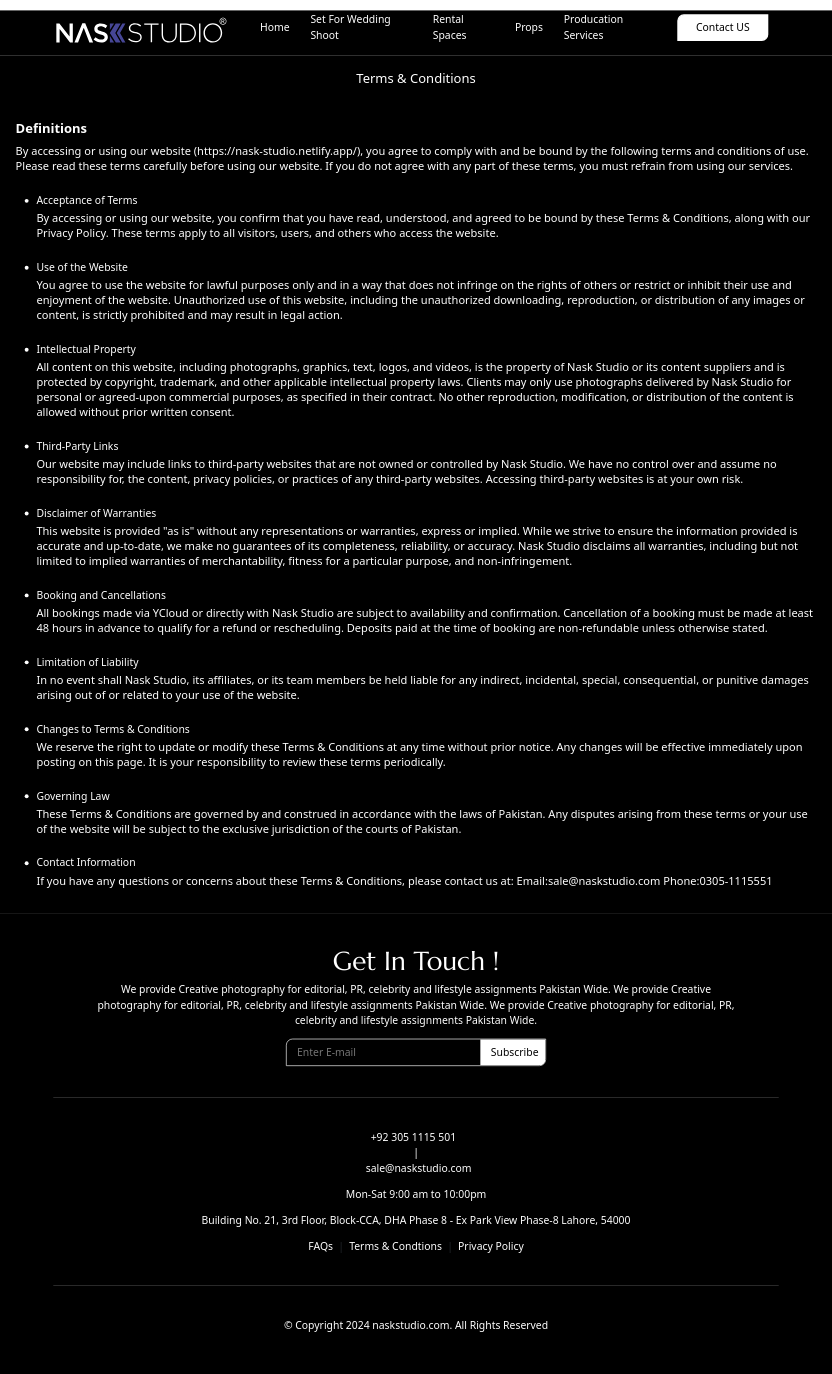
Repository: sagheerNaskSoft/nask-studio-sec-phase
Page: /termscondion
An editor plug-in stored every save of this project. The page is shown before and after the next save, followed by the edit.
The browser window is 1280 px wide. The pictures show the whole page, at 65% of full size.
The project was rebuilt for these pictures with package versions that can differ from the ones it lists, and the page was loaded fresh each time. Also part of the build but not shown: src/Component/HomePage/Banner.js, src/Component/HomePage/ShootSection.js, src/Component/HomePage/SerivceSetion.js, src/Pages/Home.js, src/Pages/About.js, src/Component/WeddingSets/Banner.js, src/Component/WeddingSets/StudioSection.js, src/Pages/WeddingSets.js and 18 more.

Above is the page before, as saved 2025-02-04 14:07:40.

After the next save:
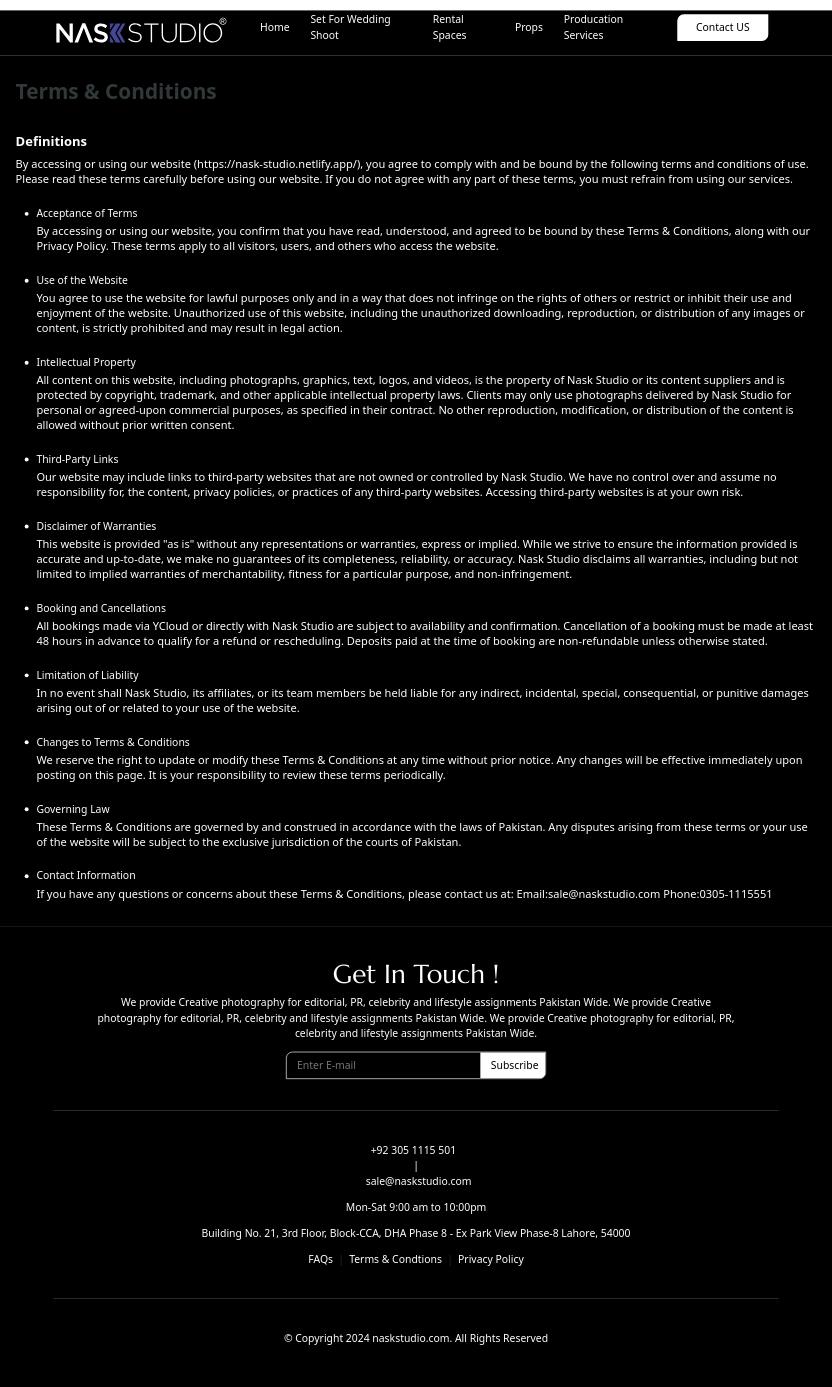
Saved 113 s later.
--- a/src/App.css
+++ b/src/App.css
@@ -880,9 +880,14 @@ body {
 }
 
 .terms h3 {
-  text-align: center;
-  margin-bottom: 50px;
-  font-size: 20px;
+  font-family: var(--font-family);
+  font-size: 32px;
+  font-weight: 700;
+  line-height: 63.98px;
+  text-align: left;
+  text-underline-position: from-font;
+  text-decoration-skip-ink: none;
+  color: #313839;
 }
 
 .terms h4 {
